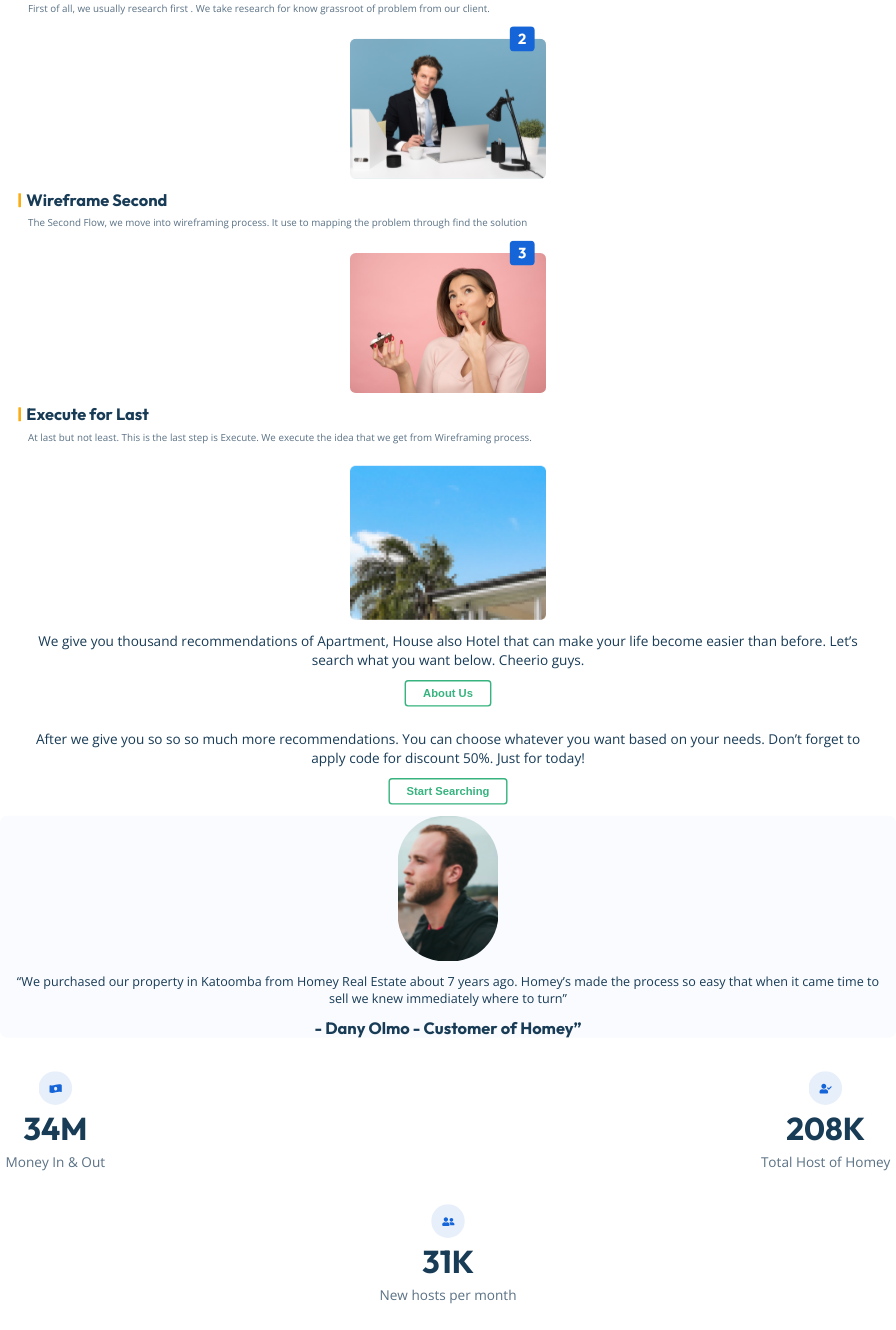
Repository: gustavoRichardt/prova-front
Page: index.html
An editor plug-in stored every save of this project. The page is shown before and after a run of saves, followed by the edit.
The browser window is 1280 px wide. The pictures show the part of the page from y = 2968 to 4868 px (the page is 5851 px tall before and 5755 px after), at 70% of full size.
A picture or video elsewhere on the page could not be fetched, so the positions and the page height are approximate.

Above is the page before, as saved 2026-09-01 15:09:16.

After the next 4 saves:
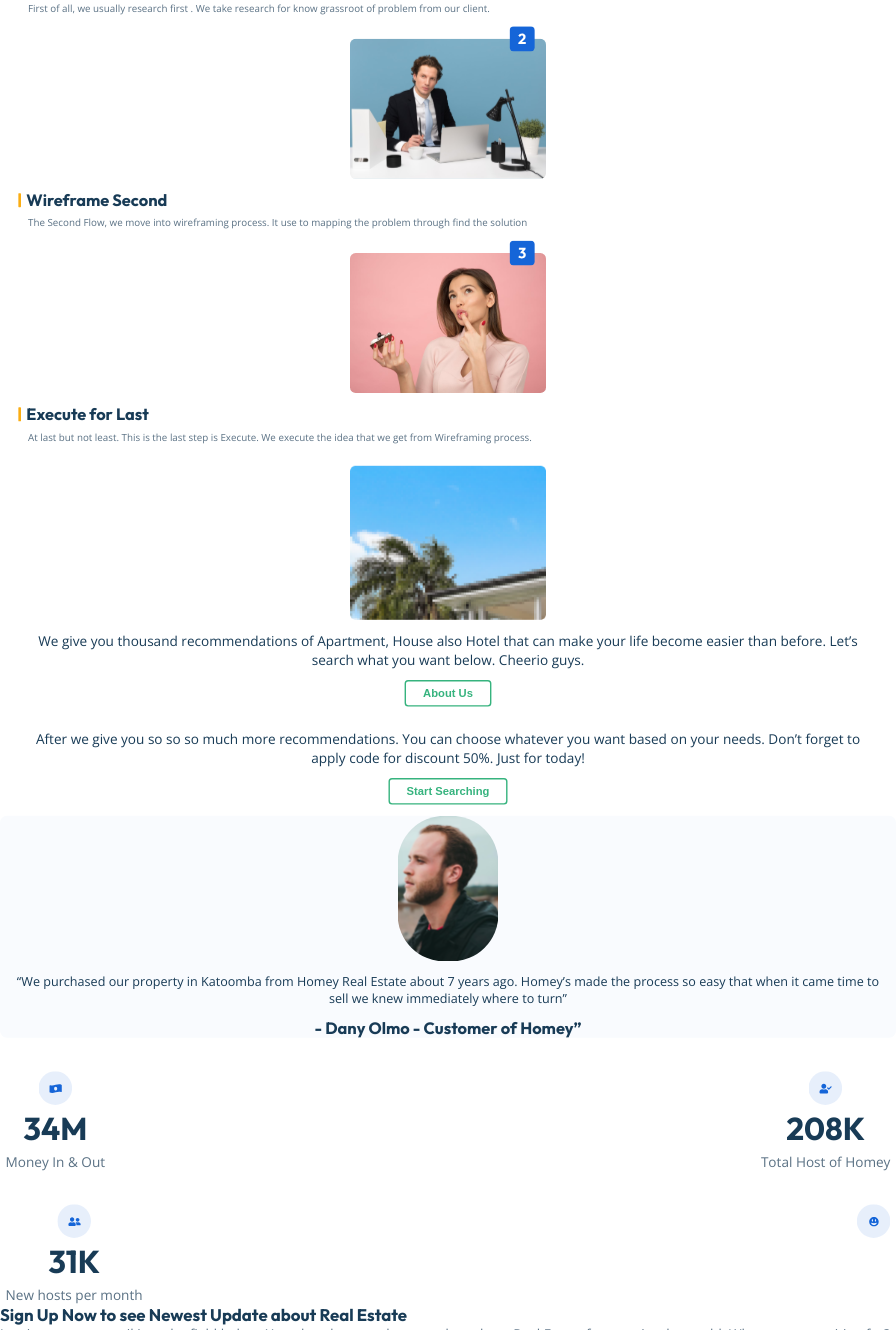
The 4 saves are shown as one change because they came seconds apart.
The last was saved 12 s later.
--- a/style.css
+++ b/style.css
@@ -472,16 +472,16 @@
     align-items: center;
 }
 
-.total-hospedeiros img {
+.clientes-felizes img {
     width: 48px;
     height: 48px;
 }
 
-.total-hospedeiros h3 {
+.clientes-felizes h3 {
     font-size: clamp(1.75rem, 1.3929rem + 1.7857vw, 3rem);
 }
 
-.conjunto-dados1 {
+.conjunto-dados2 {
     display: flex;
    justify-content: space-between;
    margin-left: 0.5rem;
